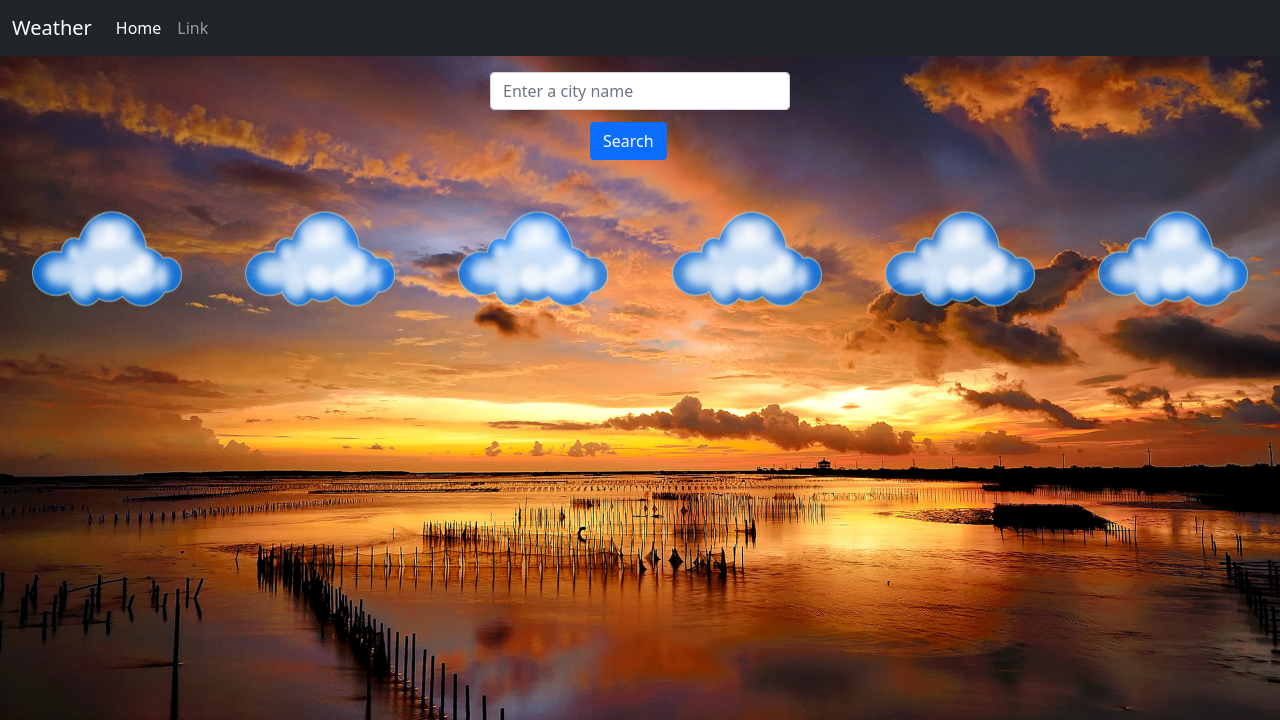
Repository: rohitbharti258/Project_Weather_finder
Page: index.html
An editor plug-in stored every save of this project. The page is shown before and after the next save, followed by the edit.
The browser window is 1280 px wide. The pictures show the whole page.

Above is the page before, as saved 2022-02-28 13:08:28.

### index.html
<!DOCTYPE html>
<html lang="en">

<head>
    <meta charset="UTF-8">
    <meta http-equiv="X-UA-Compatible" content="IE=edge">
    <meta name="viewport" content="width=device-width, initial-scale=1.0">
    <title>Weather App</title>
    <link rel="stylesheet" href="style.css">
    <link href="https://cdn.jsdelivr.net/npm/bootstrap@5.1.3/dist/css/bootstrap.min.css" rel="stylesheet"
        integrity="sha384-1BmE4kWBq78iYhFldvKuhfTAU6auU8tT94WrHftjDbrCEXSU1oBoqyl2QvZ6jIW3" crossorigin="anonymous">
</head>

<body>
    <nav class="navbar navbar-expand-lg navbar-dark bg-dark">
        <div class="container-fluid">
            <a class="navbar-brand" href="#">Weather</a>
            <button class="navbar-toggler" type="button" data-bs-toggle="collapse"
                data-bs-target="#navbarSupportedContent" aria-controls="navbarSupportedContent" aria-expanded="false"
                aria-label="Toggle navigation">
                <span class="navbar-toggler-icon"></span>
            </button>
            <div class="collapse navbar-collapse" id="navbarSupportedContent">
                <ul class="navbar-nav me-auto mb-2 mb-lg-0">
                    <li class="nav-item">
                        <a class="nav-link active" aria-current="page" href="#">Home</a>
                    </li>
                    <li class="nav-item">
                        <a class="nav-link" href="#">Link</a>
                    </li>
                </ul>
            </div>
        </div>
    </nav>
    <div class="cloud">
        <img src="./cloud.png" alt="" srcset="">
        <img src="./cloud.png" alt="" srcset="">
        <img src="./cloud.png" alt="" srcset="">
        <img src="./cloud.png" alt="" srcset="">
        <img src="./cloud.png" alt="" srcset="">
        <img src="./cloud.png" alt="" srcset="">
    </div>
    <div class="container my-3">
        <div class="form">
        <!-- <form class="row g-3 ">  -->
            <div class="col-auto" style="width: 300px;">
                <input type="text" class="form-control" id="inputPassword2" placeholder="Enter a city name">
            </div>
            <div class="col-auto">
                <button type="submit" class="btn btn-primary mb-3">Search</button>
            </div>
        <!-- </form> -->
        </div>
    <!-- </div> -->
    <div class="weatherBox">

    </div>
    </div>
    <script src="index.js"></script>
    <!-- <script src="https://cdn.jsdelivr.net/npm/@popperjs/core@2.10.2/dist/umd/popper.min.js"
        integrity="sha384-7+zCNj/IqJ95wo16oMtfsKbZ9ccEh31eOz1HGyDuCQ6wgnyJNSYdrPa03rtR1zdB"
        crossorigin="anonymous"></script>
    <script src="https://cdn.jsdelivr.net/npm/bootstrap@5.1.3/dist/js/bootstrap.min.js"
        integrity="sha384-QJHtvGhmr9XOIpI6YVutG+2QOK9T+ZnN4kzFN1RtK3zEFEIsxhlmWl5/YESvpZ13"
        crossorigin="anonymous"></script>
    <script type="module" src="https://unpkg.com/ionicons@5.5.2/dist/ionicons/ionicons.esm.js"></script>
    <script nomodule src="https://unpkg.com/ionicons@5.5.2/dist/ionicons/ionicons.js"></script> -->
</body>

<!-- // <img src="https://img.icons8.com/color/48/000000/wet.png"/>
// <img src="https://img.icons8.com/color/48/000000/partly-cloudy-day--v1.png"/>
// <img src="https://img.icons8.com/color/48/000000/rain--v2.png"/>  -->


</html>

### style.css
body {
    /* background:linear-gradient(180deg,#5959b3 0%,skyBlue 100%); */
    background: url("./img/bgimg.jpg");
    /* background: url("https://cdn.wallpapersafari.com/43/51/iQEfDy.jpg"); */
    background-repeat: no-repeat;
    background-size: cover;
    width: 100vw;
    height: 100vh;
}

.form {
    width: 300px;
    margin: 0 auto;
}
.cloud{
    display: flex;
    justify-content: space-around;
    align-items: center;
    position: absolute;
    bottom:0px;
    min-width:100%;
    transition: all 0.4s;

}

.cloud img{
    width:150px;
    height:100px;
    animation: cloud 7s linear infinite;
}
@keyframes cloud {
    0%{
        transform: translateY(0);
        opacity:0;
    }
    10%,20%{
        opacity:0.3;
    }
    30%,50%{

        opacity:1;
    }
    70%{

        opacity:1;
    }
    100%{
        transform: translateY(-80vh);
        opacity:1;
    }
}
.weatherBox {
    margin-left: 120px;
    width: 235px;
    height: 300px;
    margin: 0 auto;
    z-index: 1000;
}

.Box {
    display: flex;
    flex-direction: column;
    width: 100%;
    box-shadow: 0px 20px 20px rgba(255, 255, 255, 0.3);
    height: 100%;
    /* border:2px solid; */
    /* border-color: linear-gradient(red,blue); */
    border-radius: 10px;
}

.temp {
    margin-bottom: 15px;
    display: flex;
    justify-content: space-around;
    flex-direction: column;
    float: right;
    font-size: 13px;
    position: absolute;
    right: 40px;
    font-family: -apple-system, BlinkMacSystemFont, 'Segoe UI', Roboto, Oxygen, Ubuntu, Cantarell, 'Open Sans', 'Helvetica Neue', sans-serif;
}

.tempNow {
    text-align: center;
}

.minmax {
    display: flex;
    justify-content: center;
    /* display: none; */
}

.minmax :first-child {
    margin-right: 5px;
}

.cardBox {
    /* border: 2px solid red; */
    width: 100%;
    height: 100%;
    position: relative;
    display: flex;
    justify-content: center;
    align-items: center;
    z-index: 10;
    background: linear-gradient( 135deg, #2196f3, #00bcd4);
    /* border-radius: 20px; */
    /* border-bottom: 2px solid red; */
}

.content {
    width: 100%;
    height: 170px;
    /* border: 1px solid green; */
    /* border: 1px solid #009688; */
    /* border-radius: 20px; */
    border-top: none;
    padding: 30px;
    position: relative;
    backdrop-filter: blur(10px);
    background: linear-gradient( 45deg, black, transparent);
}


/* .content::before{
    content: "";
    position: absolute;
    top: -15px;
    width: 16px;
    left: -1px;
    z-index: 1;
    background: linear-gradient(45deg,black,transparent);
        backdrop-filter:blur(10px);
    height: 16px; */


/* } */


/* .content::after{
    content: "";
    position: absolute;
    top: -12px;
    width: 1px;
    right: -1px; background:#009688;
    height: 10px;
} */

.location {
    display: flex;
    justify-content: space-between;
}

.weather {
    display: flex;
    justify-content: space-between;
}

img {
    width: 22px;
    height: 22px;
}

span p {
    text-align: center;
}

.cardinfo {
    width: 350px;
    display: flex;
}

.date {
    position: absolute;
    top: 0;
    right: 10px;
}

.name {
    position: absolute;
    top: 0;
    left: 10px;
}

.cloudinfo img {
    width: 68px;
    height: 68px;
}

.cloudinfo p {
    font-size: 13px;
    color: rgb(15, 7, 7);
    text-align: center;
}

.content span {
    text-align: center;
}

span p {
    font-size: 10px;
    color: white;
    text-align: center;
    display: flex;
    flex-direction: column;
    align-items: center;
    margin: 0;
}

.form :nth-child(2) {
    margin: 12px auto;
    width: 100px;
}

### index.js
console.log("Weather app")
const btn = document.querySelector(".btn");
const input = document.querySelector(".form-control");
const api = "51d41d6f1c399b2abc7a3fcbfbb057c7";
const weatherBox = document.querySelector(".weatherBox")
let city = "";
const arr = ["Jan", "Feb", "Mar", "Apr", "May", "Jun", "Jul", "Aug", "Sep", "Oct", "Nov", "Dec"];
btn.addEventListener("click", (e) => {
    console.log(e);
    e.preventDefault();
    let str2 = ""
    city = input.value;
    console.log(city)
    input.value = ""
    const xhr = new XMLHttpRequest();
    xhr.open("GET", `https://api.openweathermap.org/data/2.5/weather?q=${city}&appid=${api}`, true);

    xhr.onload = function() {
        let obj = JSON.parse(this.responseText);
        console.log(obj.cod)
        if (obj.cod === 429) {
            str2 += obj.message;
            weatherBox.innerHTML = str2;
        } else
        if (this.status == 200) {

            let ob = [];
            // console.log(ob.push(...obj))/
            let cardbox = document.querySelector(".cardBox");
            let content = document.querySelector(".content")
            str = "";
            str2 = "";
            let sunrise = displayEndtime(obj.sys.sunrise);
            let sunset = displayEndtime(obj.sys.sunset);
            let date = displayDay();
            let c = `&#8451`;
            if (obj.cod == "404") {

            } else {
                str += `
            <div class="Box">
                <div class="cardBox">
                    <div class="cloudinfo">
                      <img src=${"./img/"}${obj.weather[0].main}${".png"}>
                      <p>${obj.weather[0].main}${" | "}${"Feels like "}${(obj.main.feels_like-273).toFixed(0)}${c}</p>
                    </div>
                    <div class="name">
                       <span>${obj.name}${" ,"}${obj.sys.country}</span>
                    </div>
                    <div class="date">
                       <p>${date}</p>
                    </div>
                    <div class="temp">
                        <span class="tempNow">${(obj.main.temp -273.15).toFixed(0)}${c}</span>
                        <div class="minmax">
                           <span class="mintemp">${(obj.main.temp_min-273.15).toFixed(0)}${c}</span>
                           <span class="maxtemp">${(obj.main.temp_max-273.15).toFixed(0)}${c}</span>
                        </div>
                    </div>
                </div>
                <div class="content">
                    <div class="weather">
                        <span class="humidity"><img src="./img/blur.png"/>
                           <p>${obj.main.humidity}${"%"}</p>
                           <p>Humidity</p>
                        </span>
                        <span class="wind"><img src="./img/wind.png"/>
                           <p>${obj.wind.speed}${"m/s"}</p>
                           <p>Wind</p>
                        </span>
                        <span class="sunrise"> <img src="./img/sunrise.png"/>
                           <p>${sunrise}</p>
                           <p>Sunrise</p>
                        </span>
                    </div>
                    <div class="location">
                        <span class="lat">  <img src="./img/latitude.png"/>
                          <p>${obj.coord.lat.toFixed(2)}</p>
                          <p>Latitude</p>
                        </span>
                        <span class="lon"> <img src="./img/longitude.png"/>
                          <p>${obj.coord.lon.toFixed(2)}</p><p>Longitude</p></span>
                        <span class="sunrise"><img src="./img/sunset.png"/>
                          <p>${sunset}</p>
                          <p>Sunset</p>
                        </span>
                    </div>
                </div>
            </div>`;
                weatherBox.innerHTML = str;
                // console.log(str);
            }
        } else {
            console.log("error");
            str2 += "City not found";
            weatherBox.innerHTML = str2;
        }
    }
    xhr.send();
});

function displayEndtime(tstamp) {
    const end = new Date(tstamp);

    const hour = end.getHours();
    const min = end.getMinutes();
    const dis = `${hour > 12 ? hour - 12 : hour}:${min < 10 ? "0" : ""}${min}`;
    return dis;
}

function displayDay() {
    const end = new Date();

    const date = end.getDate();
    const mon = end.getMonth();
    const dis = `${arr[mon]}${","}${date}`;
    return dis;
}

After the next save:
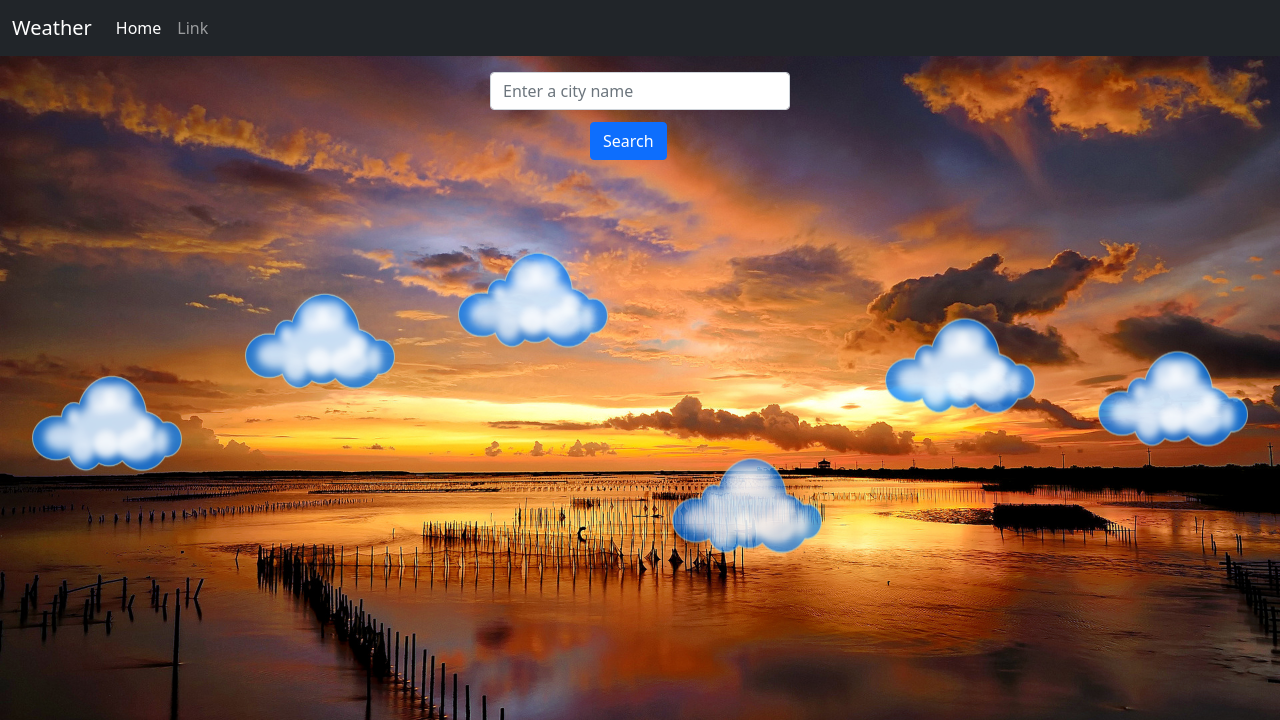
Saved 83 s later.
--- a/style.css
+++ b/style.css
@@ -48,6 +48,24 @@ body {
         transform: translateY(-80vh);
         opacity:1;
     }
+}
+.cloud img:nth-child(1){
+    animation-delay: 2s;
+}
+.cloud img:nth-child(2){
+    animation-delay: 1s;
+}
+.cloud img:nth-child(3){
+    animation-delay: 0.5s;
+}
+.cloud img:nth-child(4){
+    animation-delay: 3s;
+}
+.cloud img:nth-child(5){
+    animation-delay: 1.3s;
+}
+.cloud img:nth-child(6){
+    animation-delay: 1.7s;
 }
 .weatherBox {
     margin-left: 120px;
